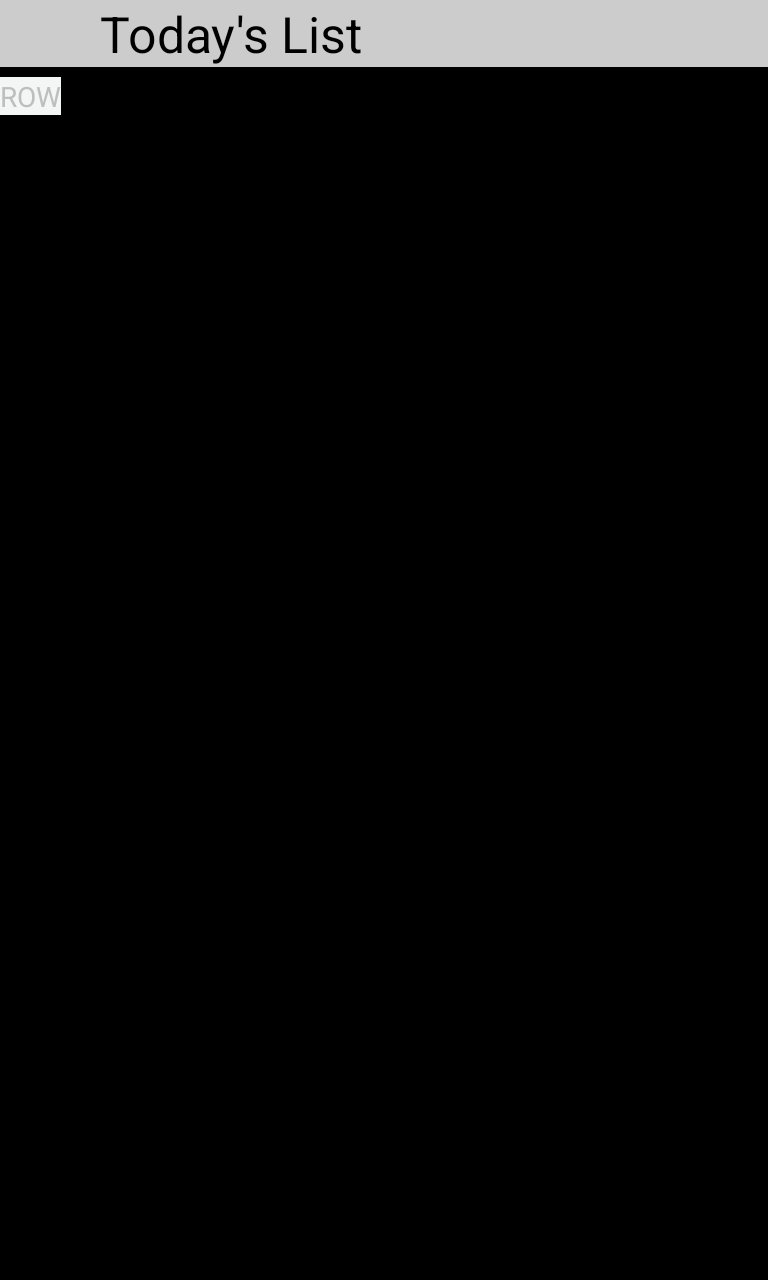
Repository: adatta02/comp194ma
Layout: hello_world/res/layout/main.xml
An editor plug-in stored every save of this project. The layout is shown before and after the next save, followed by the edit.
It is drawn on a 768 x 1280 px phone screen (xhdpi) without system bars, with theme android:Theme; the app's code is not run.

Above is the layout before, as saved 2009-02-03 05:17:38.

After the next save:
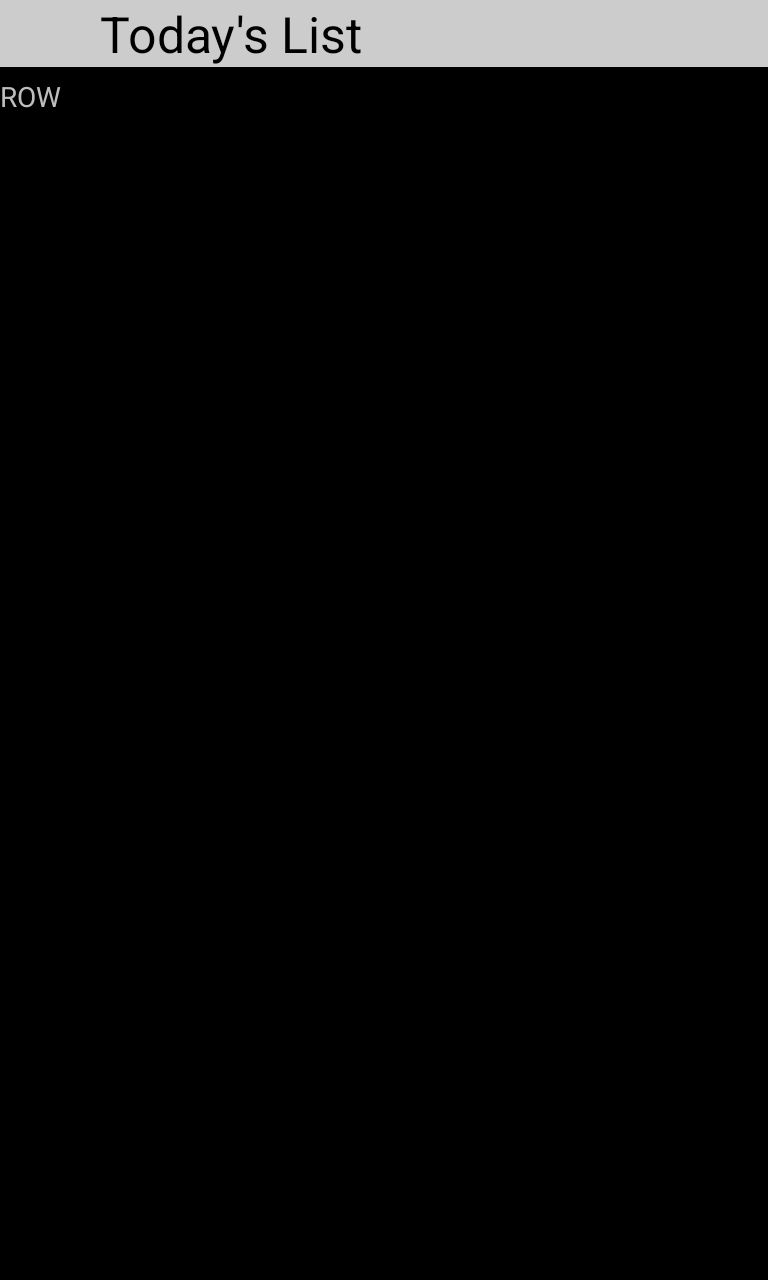
Saved 49 s later.
--- a/hello_world/res/layout/main.xml
+++ b/hello_world/res/layout/main.xml
@@ -6,7 +6,7 @@
     >
 
 <TextView android:id="@+id/TextView01" android:layout_height="wrap_content" android:text="Today's List" android:textSize="25sp" android:background="#cccccc" android:textColor="#000000" android:paddingLeft="100px" android:layout_width="fill_parent"></TextView>
-<TableLayout android:id="@+id/TableLayout01" android:layout_width="fill_parent" android:layout_height="fill_parent" android:layout_marginTop="10px"><TableRow android:id="@+id/TableRow01" android:layout_width="wrap_content" android:layout_height="wrap_content"><TextView android:id="@+id/TextView02" android:text="ROW" android:layout_height="fill_parent" android:layout_width="fill_parent" android:background="#F4F6F6"></TextView>
+<TableLayout android:id="@+id/TableLayout01" android:layout_width="fill_parent" android:layout_height="fill_parent" android:layout_marginTop="10px"><TableRow android:id="@+id/TableRow01" android:layout_height="fill_parent" android:layout_width="fill_parent"><TextView android:id="@+id/TextView02" android:text="ROW" android:layout_height="fill_parent" android:layout_width="fill_parent"></TextView>
 </TableRow>
 </TableLayout>
 </LinearLayout>
